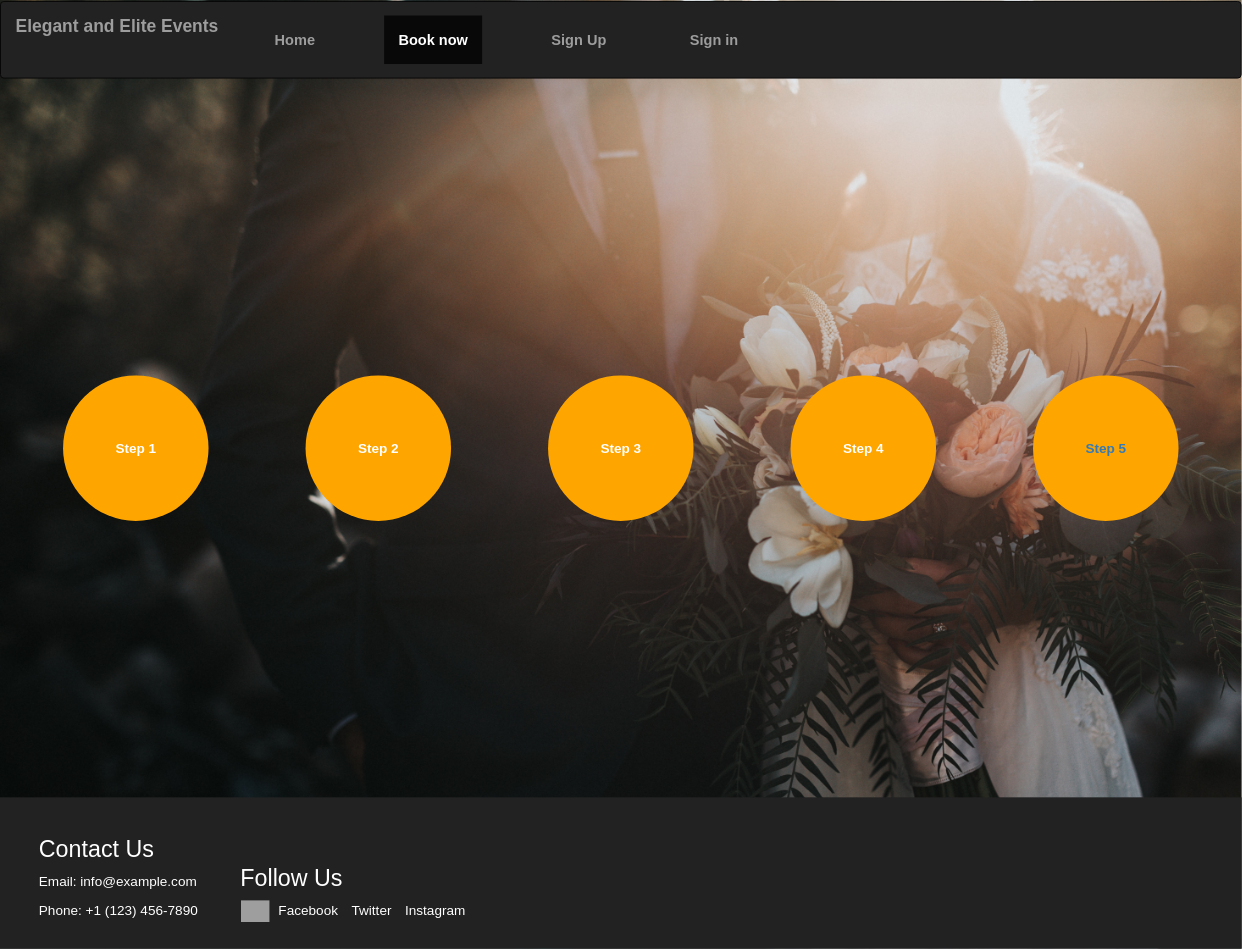
Repository: it22272690/Event-Planning-System
Page: http://localhost/PaymentDemo/Navigate.jsp
An editor plug-in stored every save of this project. The page is shown before and after the next save, followed by the edit.
The browser window is 1280 px wide. The pictures show the whole page, at 97% of full size.
Pictures or frames that could not be fetched are drawn as grey boxes. The page is served by Tomcat 10.

Above is the page before, as saved 2023-10-23 16:17:28.

After the next save:
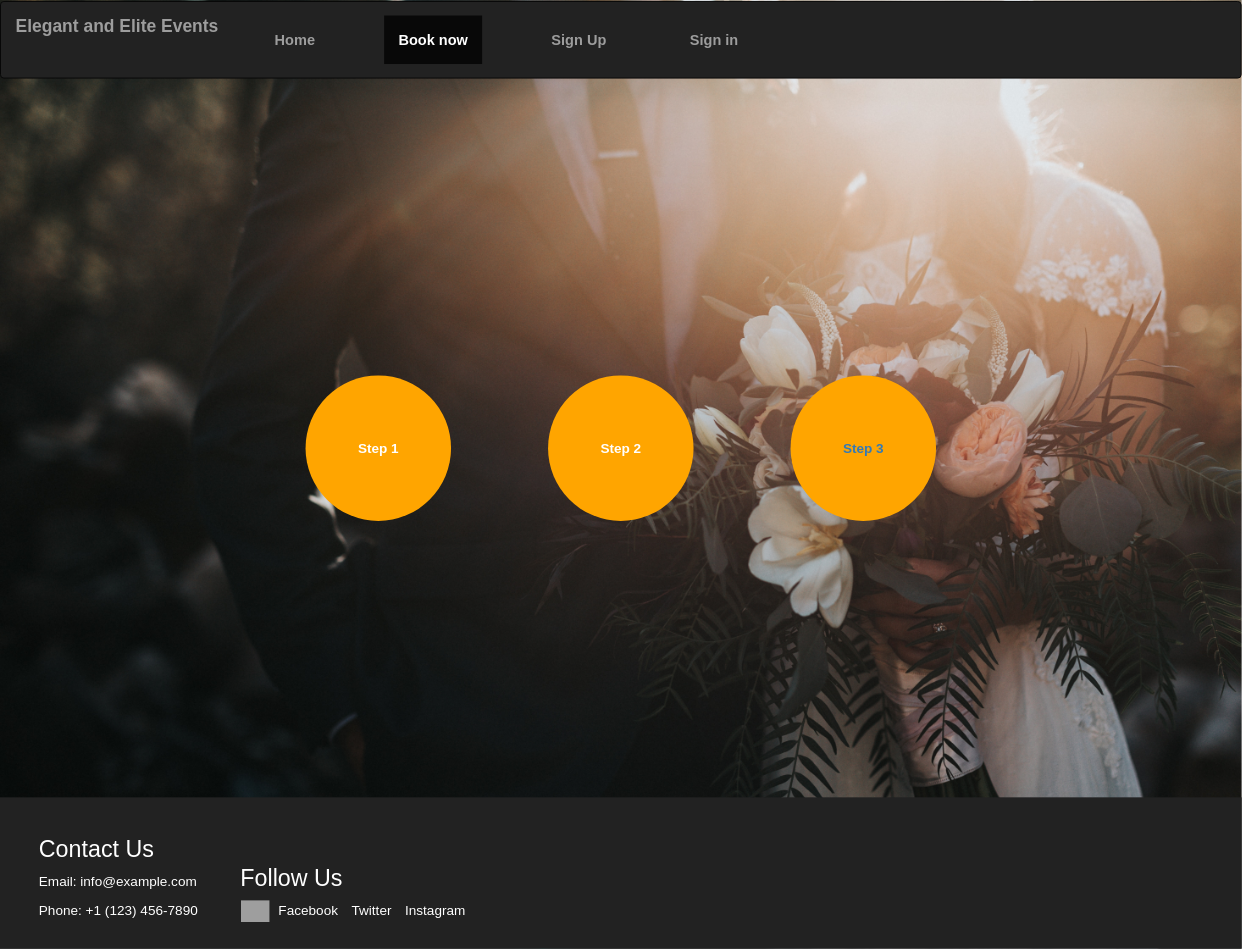
Saved 3 min 26 s later.
--- a/PaymentDemo/src/main/webapp/Navigate.jsp
+++ b/PaymentDemo/src/main/webapp/Navigate.jsp
@@ -90,9 +90,7 @@
         <div class="navigation">
             <div class="step" id="step1">Step 1</div>
             <div class="step" id="step2">Step 2</div>
-            <div class="step" id="step3">Step 3</div>
-            <div class="step" id="step4">Step 4</div>
-            <div class="step" id="step5"><a href="paymentInsert.jsp">Step 5</a></div>
+    		<div class="step" id="step3"><a href="paymentInsert.jsp">Step 3</a></div>
         </div>
 
         <div class="form" id="form1">
@@ -110,15 +108,7 @@
             <h2>Step 3 Form</h2>
         </div>
 
-        <div class="form" id="form4">
-            <!-- Step 4 content goes here -->
-            <h2>Step 4 Form</h2>
-        </div>
 
-        <div class="form" id="form5">
-            <!-- Step 5 content goes here -->
-            <h2>Step 5 Form</h2>
-        </div>
 
         <script>
             const steps = document.querySelectorAll('.step');
